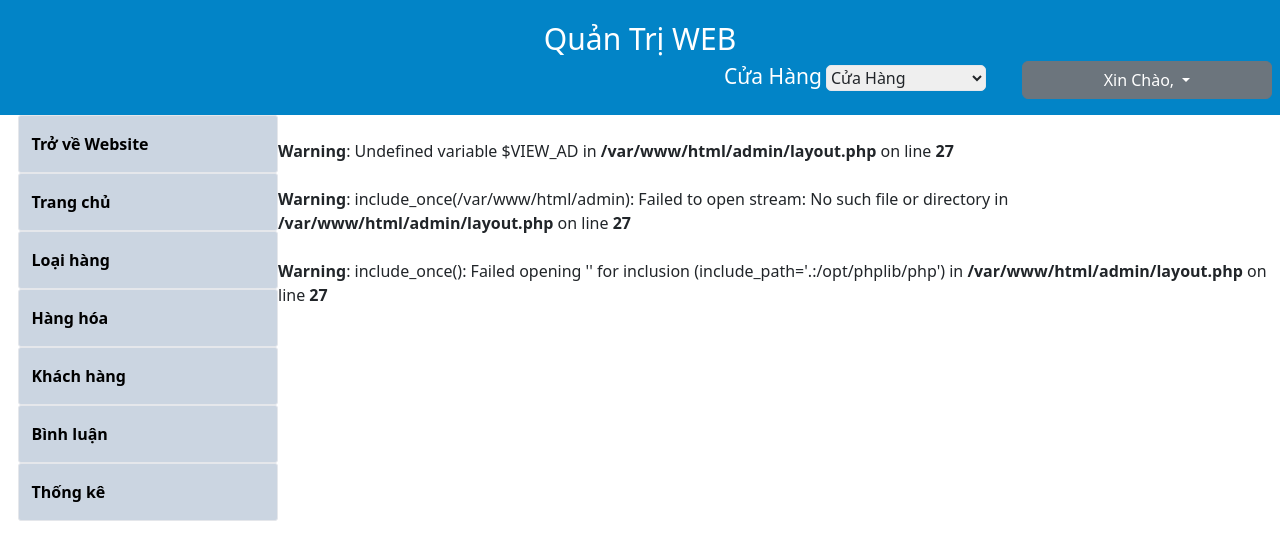
Repository: Leduc20/Website-Shopping-Clothes-Men-master
Page: http://localhost/webbanhang/admin/?danh-muc
The author's editor kept a copy of each file at every save. The page is drawn from the files as they stood at one save, then again after the next save.
The browser window is 1280 px wide. The pictures show the whole page.
Some web fonts or font styles are not loaded; a fallback is used. Some web libraries are served in a nearby version. The page is run by PHP 8.4 with error messages shown; the project is at /var/www/html/.

Above is the page before, as saved 2022-11-14 19:42:08.

### admin/index.php
<?php
    require_once '../global.php';
    require_once '../model/pdo.php';



    // if(isset($_GET['danh-muc'])){
    //     $VIEW_AD = './danh-muc/danh-sach.php';
    // }
    // else{
    //     $VIEW_AD = 'home.php';
    // }
    // require_once './danh-muc/index.php';

    include_once '../admin/layout.php';

?>

### global.php
<?php

function dd(){
    echo "<pre>";
    $args = func_get_args();
    var_dump($args);
    die;
}


const BASE_URL = "http://localhost/WEBBANHANG/";
const SITE_URL = BASE_URL . "site/index.php";
const ADMIN_BASE = BASE_URL . 'admin/';


?>

### model/pdo.php
<?php
const DBNAME = "mvc";
const DBUSER = "root";
const DBPASS = "";
const DBCHARSET = "utf8";
const DBHOST = "127.0.0.1";

// tạo kết nối từ project php sang mysql
function getConnect(){
    $connect = new PDO("mysql:host=" . DBHOST
                        . ";dbname=" . DBNAME
                        . ";charset=" . DBCHARSET,
                        DBUSER,
                        DBPASS
            );
    return $connect;
}



function pdo_query_all($query){
    // select * from users where email = ? or role_id = ?

    $args = func_get_args();
    $args = array_slice($args, 1);

    $conn = getConnect();

    $stmt = $conn->prepare($query);
    $stmt->execute($args);
    $data = $stmt->fetchAll();
    if(count($data) > 0){
        return $data;
    }

    return [];

}


function pdo_query_one($query){
    // select * from users where email = ? or role_id = ?

    $args = func_get_args();
    $args = array_slice($args, 1);

    $conn = getConnect();

    $stmt = $conn->prepare($query);
    $stmt->execute($args);
    $data = $stmt->fetch();
    if(count($data) > 0){
        return $data;
    }
    return null;

}


function pdo_execute_get_id($query){

    $args = func_get_args();
    $args = array_slice($args, 1);

    $conn = getConnect();

    $stmt = $conn->prepare($query);
    $stmt->execute($args);
    $lastId =  $conn->lastInsertId();
    return $lastId;
}


function pdo_execute($query){

    $args = func_get_args();
    $args = array_slice($args, 1);

    $conn = getConnect();

    $stmt = $conn->prepare($query);
    $stmt->execute($args);

}
?>

### admin/layout.php
<!DOCTYPE html>
<html lang="en">

<head>
    <meta charset="UTF-8">
    <meta http-equiv="X-UA-Compatible" content="IE=edge">
    <meta name="viewport" content="width=device-width, initial-scale=1.0">
    <title>Show_Product</title>
    <script src="https://cdn.tailwindcss.com"></script>
    <link rel="stylesheet" href="https://cdn.jsdelivr.net/npm/bootstrap@5.2.0/dist/css/bootstrap.min.css">
    <script src="https://cdn.jsdelivr.net/npm/bootstrap@5.2.0/dist/js/bootstrap.bundle.min.js"></script>
    <link rel="stylesheet" href="../public/icon/fontawesome-free-6.1.1-web/css/all.min.css">
    <script src="https://ajax.aspnetcdn.com/ajax/jQuery/jquery-3.2.1.min.js"></script>
    <script src="http://ajax.aspnetcdn.com/ajax/jquery.validate/1.9/jquery.validate.min.js" type="text/javascript"></script>
</head>

<body>
    <section class="">
        <section class="bg-sky-600 py-3 px-2">
            <?php include_once $VIEW_ADMIN = 'header.php'; ?>
        </section>
        <div class="flex px-2">
            <div>
                <?php include_once $VIEW_ADMIN = 'menu.php'; ?>
            </div>
            <div>
                <?php include_once $VIEW_AD ?>
            </div>
        </div>
    </section>
</body>

</html>

### admin/header.php
<p class="text-center text-white text-[30px]">Quản Trị WEB</p>
        <div class="flex justify-end">
            <form action="">
                <span class="text-white text-[21px]">Cửa Hàng</span>
                <select name="" id="" class="border-[1px] w-[160px] rounded-[5px]">
                    <option value="">Cửa Hàng</option>
                    <option value="">A</option>
                    <option value="">b</option>
                    <option value="">c</option>
                </select>
            </form>
            <div class="dropdown ml-9 w-[250px]">
                <span class="btn btn-secondary dropdown-toggle w-[250px]" href="#" role="button" data-bs-toggle="dropdown" aria-expanded="false">

                    Xin Chào,<?php
                                if (isset($_SESSION['user'])) {
                                    extract($_SESSION['user']);
                                    echo '<span class="">' . $name . '</span>';
                                }

                                ?>
                </span>

                <ul class="dropdown-menu">
                    <li><a class="dropdown-item" href="#"><i class="fa-solid fa-user"></i>Tài khoản</a></li>
                    <li><a class="dropdown-item" href="index.php?act=thoat"><i class="fa-solid fa-arrow-right-from-bracket"></i>Thoát</a></li>

                </ul>
            </div>
        </div>

### admin/menu.php
<div  class="w-[270px]">
            <ul>
                <li class="ml-[10px] py-3 ml-1 border-[1px] bg-slate-300 rounded-[3px] font-bold hover:bg-white">
                    <a class="no-underline text-black" href="<?= SITE_URL . "?list-danh-muc"?>"><i class="fa-solid fa-house"></i>Trở về Website</a>
                </li>
                <li class="ml-[10px] py-3 ml-1 border-[1px] bg-slate-300 rounded-[3px] font-bold hover:bg-white">
                    <a class="no-underline text-black" href="index.php"><i class="fa-solid fa-store"></i>Trang chủ</a>
                </li>
                <li class="ml-[10px] py-3 ml-1 border-[1px] bg-slate-300 rounded-[3px] font-bold hover:bg-white">
                    <a class="no-underline text-black" href="<?= ADMIN_BASE . "?danh-muc"?>"><i class="fa-solid fa-list"></i>Loại hàng</a>
                </li>
                <li class="ml-[10px] py-3 ml-1 border-[1px] bg-slate-300 rounded-[3px] font-bold hover:bg-white">
                    <a class="no-underline text-black" href="index.php?act=addhh"><i class="fa-solid fa-cart-shopping"></i>Hàng hóa</a>
                <li class="ml-[10px] py-3 ml-1 border-[1px] bg-slate-300 rounded-[3px] font-bold hover:bg-white">
                    <a class="no-underline text-black" href="index.php?act=addkh"><i class="fa-solid fa-users"></i>Khách hàng</a>
                </li>
                <li class="ml-[10px] py-3 ml-1 border-[1px] bg-slate-300 rounded-[3px] font-bold hover:bg-white">
                    <a class="no-underline text-black" href="index.php?act=dsbl"><i class="fa-solid fa-comments"></i>Bình luận</a>
                </li>
                <li class="ml-[10px] py-3 ml-1 border-[1px] bg-slate-300 rounded-[3px] font-bold hover:bg-white">
                    <a class="no-underline text-black" href="index.php?act=dstk"><i class="fa-solid fa-chart-simple"></i>Thống kê</a>
                </li>
            </ul>
        </div>

### admin/danh-muc/danh-sach.php

    <div class="">
        <div class="border bg-green-200 mt-2 rounded">
            <p class="ml-3 mt-3">Danh sách loại hàng</p>
        </div>
        <h2>
            <?= isset($_COOKIE['success']) ? $_COOKIE['success'] : '' ?>
        </h2>
        <div class="mt-2 text-black-500 font-bold text-red-500">
            <?php
            if (isset($line)) {
                echo "<script>alert('$line');</script>";
            }
            ?>
        </div>
        <form action="">
            <div>
                <div class="overflow-x-auto relative shadow-md sm:rounded-lg mt-4">
                    <table class="w-full text-sm text-left text-gray-500 dark:text-gray-400">
                        <thead class="text-xs text-gray-700 uppercase bg-gray-50 dark:bg-gray-700 dark:text-gray-400">
                            <tr>
                                <th>

                                </th>
                                <th scope="col" class="py-3 px-6">
                                    Mã loại
                                </th>
                                <th scope="col" class="py-3 px-6">
                                    Tên loại
                                </th>
                                <th scope="col" class="py-3 px-6">
                                    Edit
                                </th>

                            </tr>
                        </thead>
                        <tbody>
                            <tr class="bg-white border-b dark:bg-gray-900 dark:border-gray-700">
                                <th>
                                    <div class="">
                                        <input class="form-check-input" type="checkbox" value="" id="flexCheckChecked">
                                    </div>
                                </th>
                                <th scope="row" class="py-4 px-6 font-medium text-gray-900 whitespace-nowrap dark:text-white">


                                </th>
                                <td class="py-4 px-6">

                                </td>

                                <td class="py-4 px-6">
                                    <a href="<?= ADMIN_BASE . "?edit-danh-muc"?>" class="no-underline text-black px-2 border border-[2px] p2 rounded bg-sky-300 hover:bg-sky-700">Edit</a>
                                    <a href="' . $delete . '" class="no-underline text-black px-2 border border-[2px] p2 rounded bg-sky-300 hover:bg-sky-700">delete</a>
                                </td>
                            </tr>
                            <!-- <tr class="bg-white border-b dark:bg-gray-900 dark:border-gray-700">
                                                <th>
                                                    <div class="">
                                                        <input class="form-check-input" type="checkbox" value="" id="flexCheckChecked" checked>
                                                    </div>
                                                </th>
                                                <th scope="row" class="py-4 px-6 font-medium text-gray-900 whitespace-nowrap dark:text-white">
                                                    1000
                                                </th>
                                                <td class="py-4 px-6">
                                                    Đồng hồ
                                                </td>

                                                <td class="py-4 px-6">
                                                    <a href="#" class="no-underline text-black px-2 border border-[2px] p2 rounded bg-sky-300 hover:bg-sky-700">Edit</a>
                                                    <a href="#" class="no-underline text-black px-2 border border-[2px] p2 rounded bg-sky-300 hover:bg-sky-700">delete</a>
                                                </td>
                                            </tr>
                                            <tr class="bg-white border-b dark:bg-gray-900 dark:border-gray-700">
                                                <th>
                                                    <div class="">
                                                        <input class="form-check-input" type="checkbox" value="" id="flexCheckChecked" checked>
                                                    </div>
                                                </th>
                                                <th scope="row" class="py-4 px-6 font-medium text-gray-900 whitespace-nowrap dark:text-white">
                                                    1000
                                                </th>
                                                <td class="py-4 px-6">
                                                    Đồng hồ
                                                </td>

                                                <td class="py-4 px-6">
                                                    <a href="#" class="no-underline text-black px-2 border border-[2px] p2 rounded bg-sky-300 hover:bg-sky-700">Edit</a>
                                                    <a href="#" class="no-underline text-black px-2 border border-[2px] p2 rounded bg-sky-300 hover:bg-sky-700">delete</a>
                                                </td>
                                            </tr> -->

                        </tbody>
                    </table>
                </div>
            </div>
            <div class="z-50">
                <a class="bg-blue-500 hover:bg-blue-700 text-white font-bold py-2 px-4 border border-blue-700 rounded no-underline" href="">Chọn tất cả</a>
                <a class="bg-blue-500 hover:bg-blue-700 text-white font-bold py-2 px-4 border border-blue-700 rounded no-underline" href="">Bỏ chọn tất cả</a>
                <a class="bg-blue-500 hover:bg-blue-700 text-white font-bold py-2 px-4 border border-blue-700 rounded no-underline" href="">Xóa các mục chọn</a>
                <a class="bg-blue-500 hover:bg-blue-700 text-white font-bold py-2 px-4 border border-blue-700 rounded no-underline" href="<?= ADMIN_BASE . "?add-danh-muc"?>">Nhập thêm</a>
            </div>
        </form>
    </div>

Loaded but not shown: site/src/font/css/all.min.css (library)

After the next save:
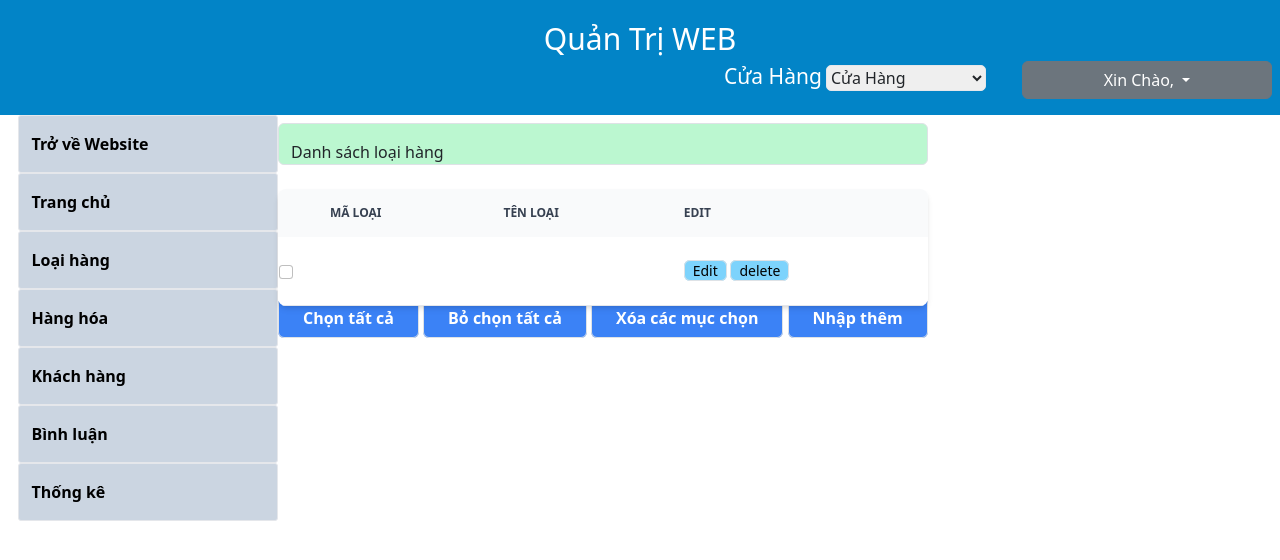
Saved 21 s later.
--- a/admin/index.php
+++ b/admin/index.php
@@ -4,12 +4,12 @@
 
 
 
-    // if(isset($_GET['danh-muc'])){
-    //     $VIEW_AD = './danh-muc/danh-sach.php';
-    // }
-    // else{
-    //     $VIEW_AD = 'home.php';
-    // }
+    if(isset($_GET['danh-muc'])){
+        $VIEW_AD = './danh-muc/danh-sach.php';
+    }
+    else{
+        $VIEW_AD = 'home.php';
+    }
     // require_once './danh-muc/index.php';
 
     include_once '../admin/layout.php';
